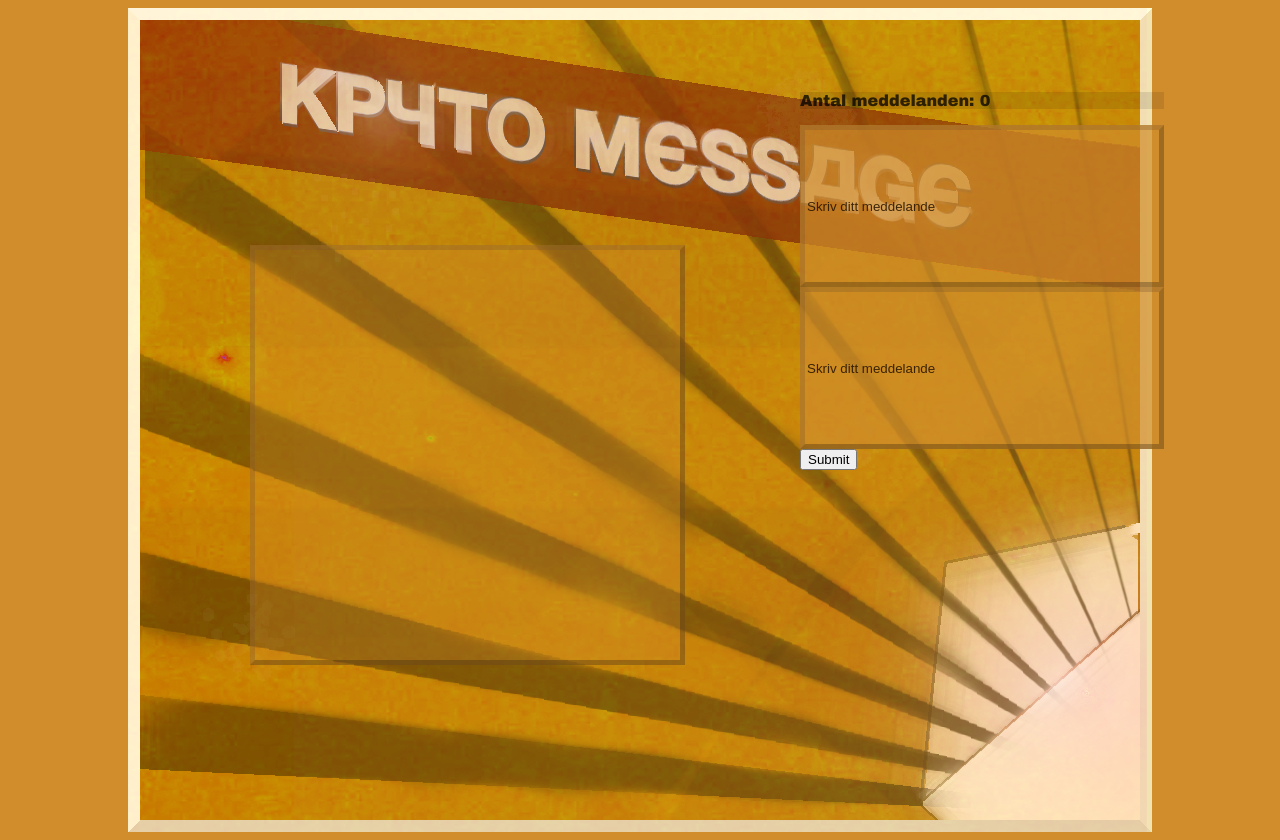
Repository: sk222sw/1dv403-laborationer
Page: 2-labbymezzage/index.html
The author's editor kept a record of every edit. The page is drawn from the files as they stood at one moment, then again after the next edit.
The browser window is 1280 px wide. The pictures show the whole page.

Above is the page before.

After the next edit:
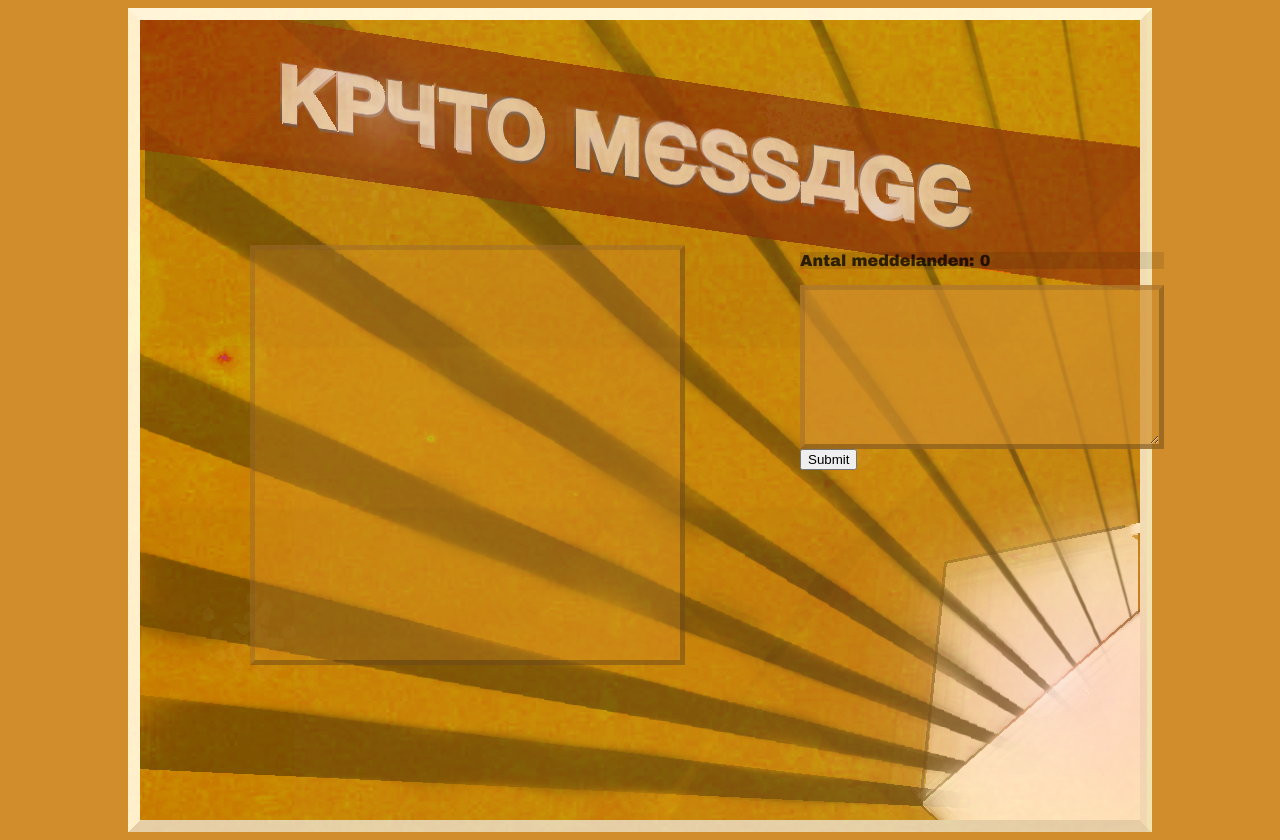
The edit:
--- a/2-labbymezzage/index.html
+++ b/2-labbymezzage/index.html
@@ -31,8 +31,8 @@
                     <section id="newTextSection">
                         <p id="messageCount">Antal meddelanden: 0</p>
                         <form>
-                            <input type="textarea" id="textarea" name="textarea" placeholder="Skriv ditt meddelande"/>
-                            <input type="text" id="textarea" name="textarea" placeholder="Skriv ditt meddelande">
+                            <textarea id="textarea"></textarea>
+                            <!--<input type="text" id="textarea" name="textarea" placeholder="Skriv ditt meddelande">-->
                             <input type="submit" value="Submit" id="submit" />
                     </section>
                 </section>
